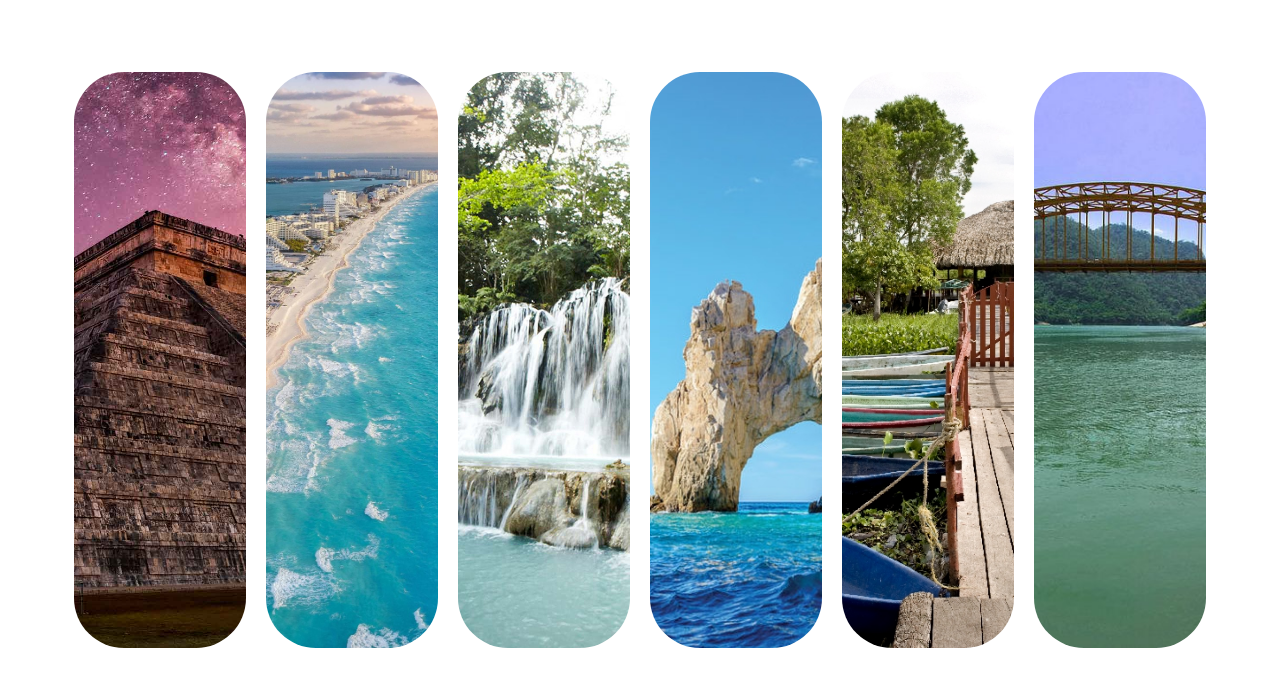
Repository: ElideZavala/Tarjetas-de-Imagenes
Page: index.html
These files come from the project's save history. The page is drawn as it stood at one moment and after the next save; the edit follows.
The browser window is 1280 px wide. The pictures show the whole page.
Some web fonts or font styles are not loaded; a fallback is used.

Above is the page before, as saved 2021-05-27 09:43:28.
Not found: script.js

### index.html
<!DOCTYPE html>
<html lang="es">
<head>
	<meta charset="UTF-8">
	<meta http-equiv="X-UA-Compatible" content="IE=edge">
	<meta name="viewport" content="width=device-width, initial-scale=1.0">
	<!-- <link rel="stylesheet" href="https://cdnjs.cloudflare.com/ajax/libs/font-awesome/5.15.3/css/all.min.css" integrity="sha512-iBBXm8fW90+nuLcSKlbmrPcLa0OT92xO1BIsZ+ywDWZCvqsWgccV3gFoRBv0z+8dLJgyAHIhR35VZc2oM/gI1w==" crossorigin="anonymous" referrerpolicy="no-referrer" /> -->
	<title>Fotos e Imagenes</title>
	<link rel="stylesheet" href="normalize.css">
	<link rel="stylesheet" href="./style.css">
</head>
<body>
	<div class="container">
		<div class="panel active" style="background-image: url(./assets/imagenes/piramide\ maya.jpg);">
			<h3>Explorando el mundo</h3>
		</div>
		<div class="panel" style="background-image: url(./assets/imagenes/cancun.jpg);">
			<h3>Cancun</h3>
		</div>
		<div class="panel" style="background-image: url(./assets/imagenes/cascadas-de-agua-blanca.jpg);">
			<h3>cascadas-de-agua-blanca</h3>
		</div>
		<div class="panel" style="background-image: url(./assets/imagenes/los-cabos.jpg);">
			<h3>Los cabos</h3>
		</div>
		<div class="panel" style="background-image: url(./assets/imagenes/TabascoHome3_960x651.jpg);">
			<h3>Tabasco</h3>
		</div>
		<div class="panel" style="background-image: url(./assets/imagenes/750b9860b1989270fb537fbceb1adcf2.jpg);">
			<h3>Algun lugar</h3>
		</div>

	</div>

	<script src="script.js"></script>
</body>
</html>

### style.css
@import url('https://fonts.googleapis.com/css?family=Muli&display=swap');

* {
	box-sizing: border-box;
}

body {
	font-family: 'Muli', sans-serif;
	display: flex;
	flex-direction: column;
	align-items: center;
	justify-content: center;
	height: 100vh;
	overflow: hidden;
	margin: 0;
}

.container {
	display: flex;
	width: 90vw;
}

.panel {
	background-size: cover;
	background-position: center;
	background-repeat: no-repeat;
	height: 80vh;
	border-radius: 50px;
	color: #fff;
	cursor: pointer;
	flex: 0.5;
	margin: 10px;
	position: relative;
	transition: flex 0.7s ease-in;
}

.panel h3 {
	font-size: 24px;
	position: absolute;
	bottom: 20px;
	left: 20px;
	margin: 0;
	opacity: 0;
}

.panel:hover {
	flex: 5;
}

.panel h3:hover {
	opacity: 1;
}

Loaded but not shown: normalize.css (library)

After the next save:
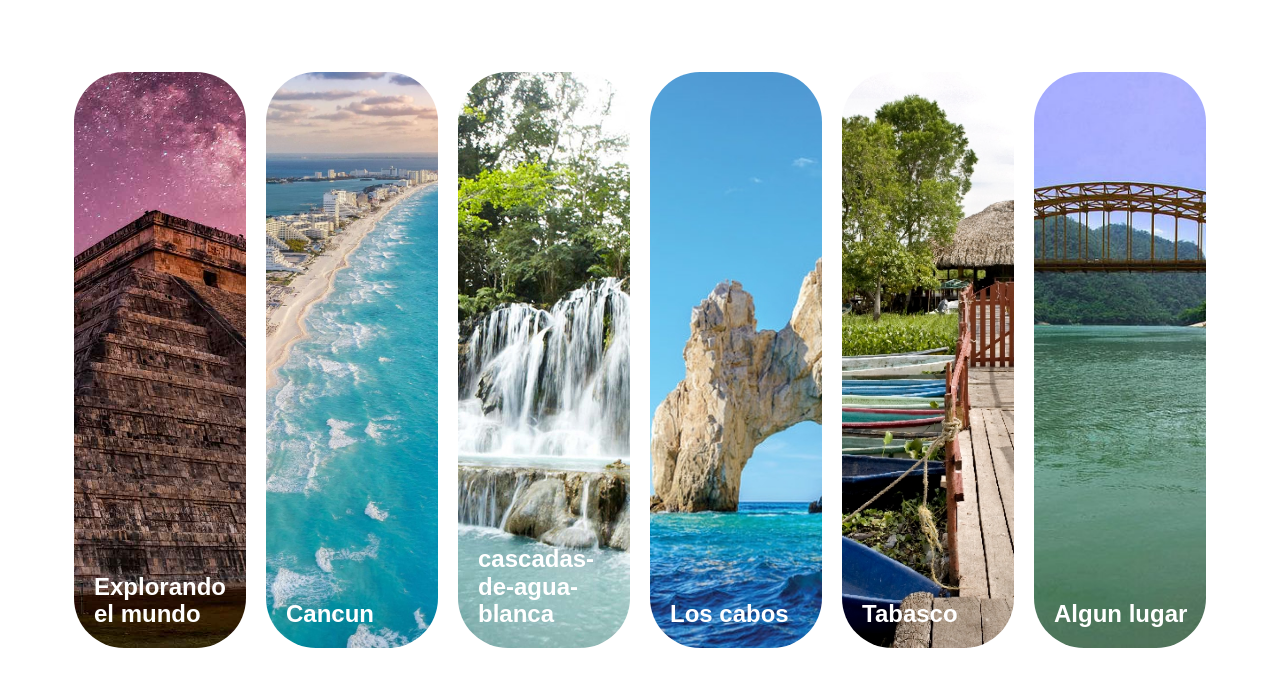
Saved 114 s later.
--- a/style.css
+++ b/style.css
@@ -40,13 +40,13 @@
 	bottom: 20px;
 	left: 20px;
 	margin: 0;
-	opacity: 0;
+	/* opacity: 0; */
 }
 
 .panel:hover {
 	flex: 5;
 }
 
-.panel h3:hover {
+/* .panel.active h3 {
 	opacity: 1;
-}
+} */

After the save that followed:
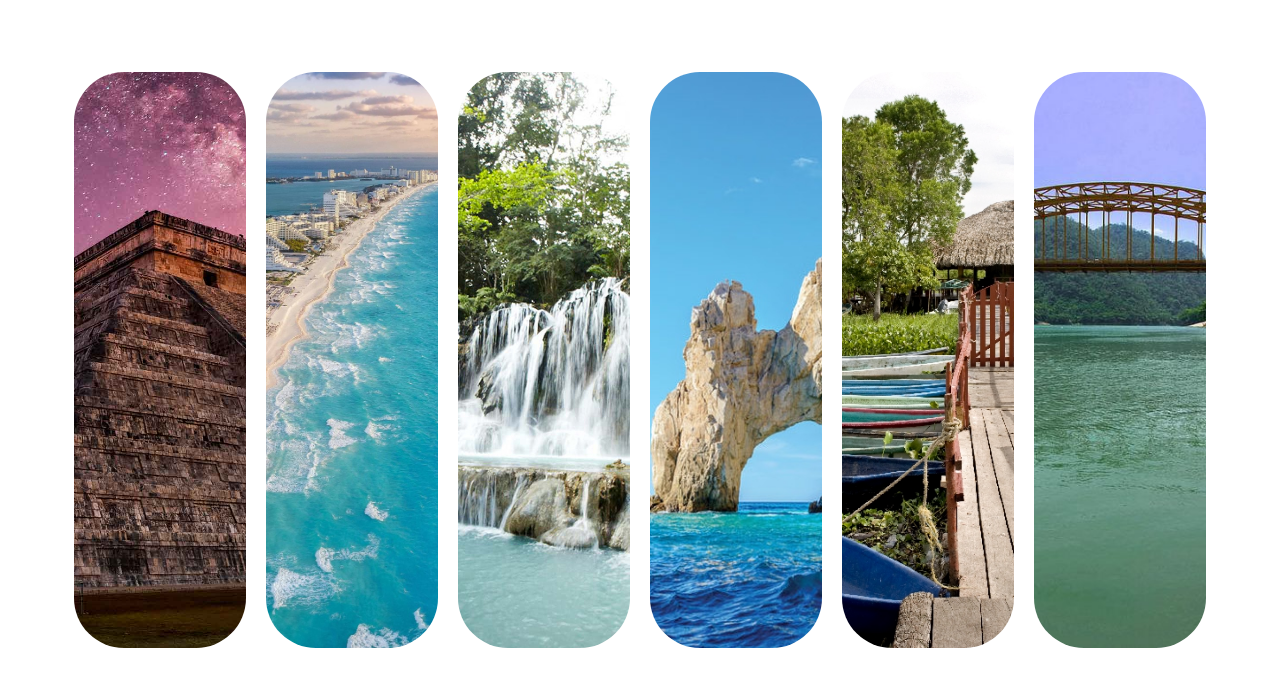
Saved 28 s later.
--- a/style.css
+++ b/style.css
@@ -40,7 +40,7 @@
 	bottom: 20px;
 	left: 20px;
 	margin: 0;
-	/* opacity: 0; */
+	opacity: 0;
 }
 
 .panel:hover {
